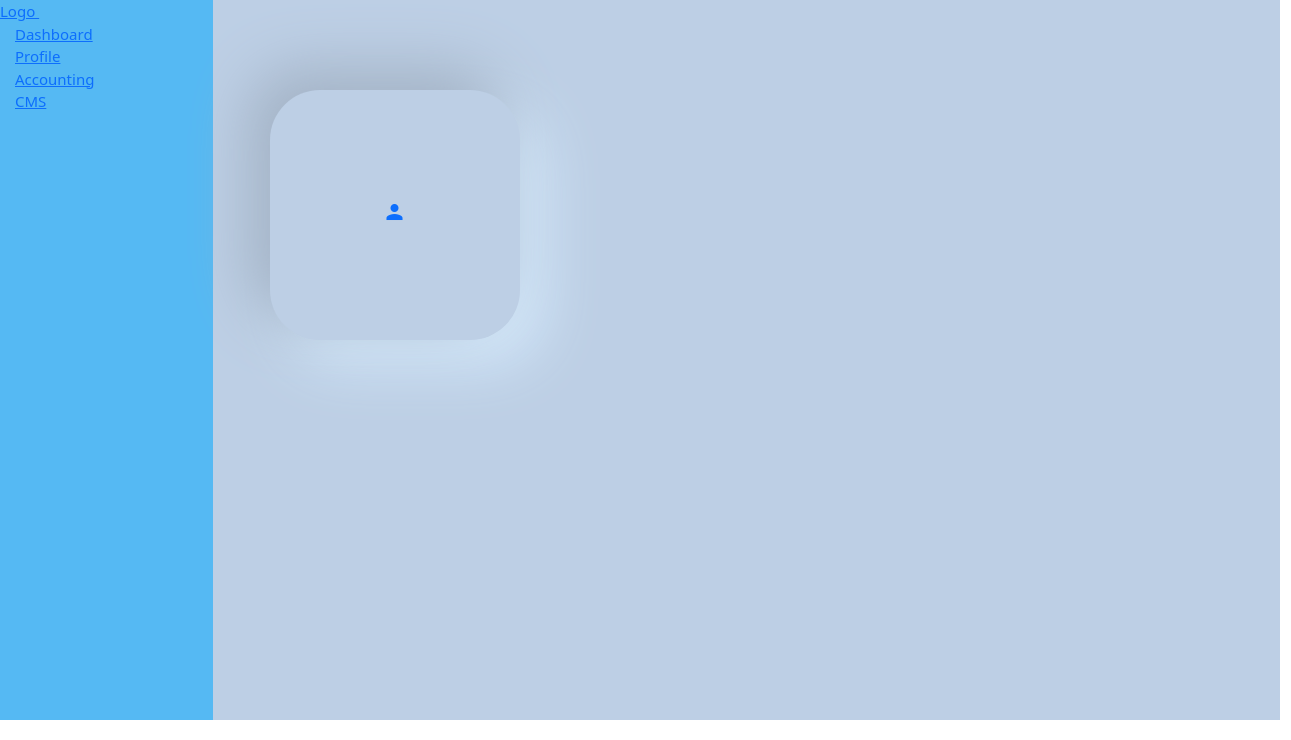
Repository: latenightsnacc/AllinOne
Page: Design/index.html
The author's editor kept a copy of each file at every save. The page is drawn from the files as they stood at one save, then again after the next save.
The browser window is 1280 px wide. The page is 1291 px wide, so the pictures cover 1291 px, including what lies to the right of the window. The pictures show the whole page.
The style sheet was rebuilt from its Sass, Less or Tailwind sources for each picture, by a compiler version that may differ from the author's.

Above is the page before, as saved 2020-09-15 16:57:59.

After the next save:
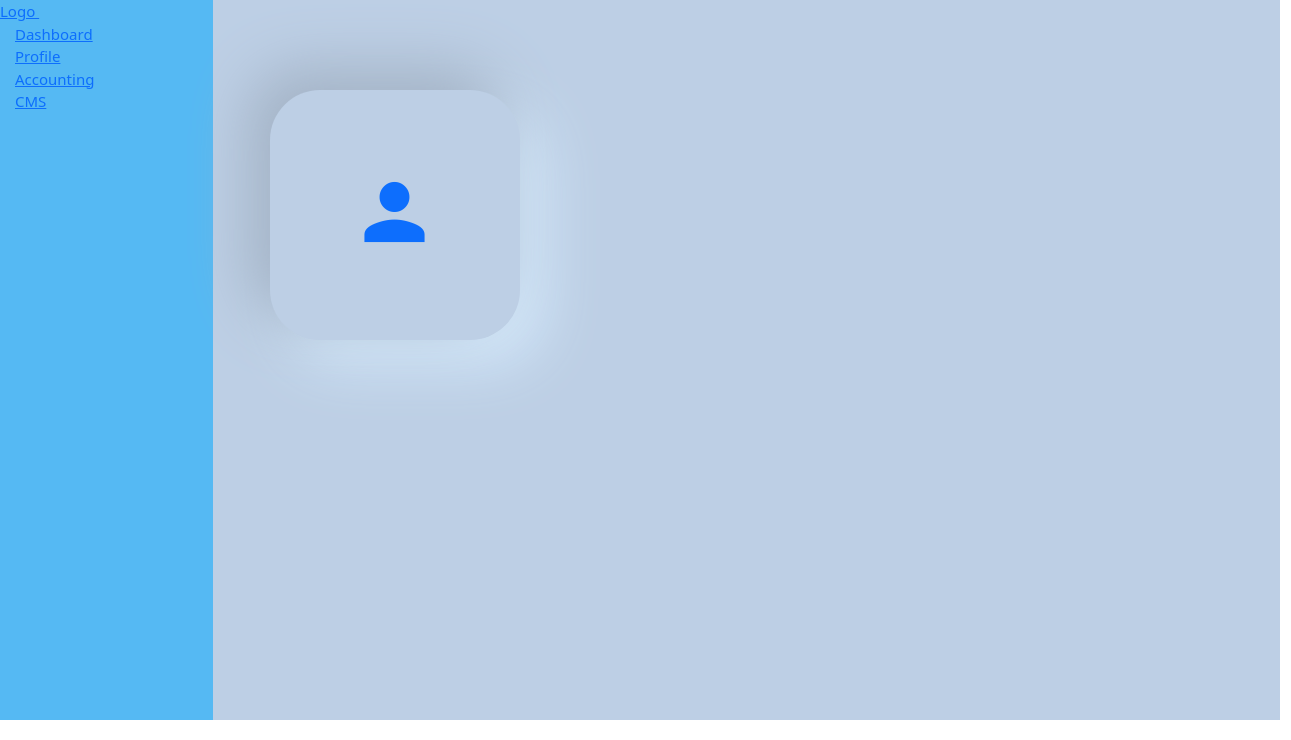
Saved 12 s later.
--- a/Design/index.html
+++ b/Design/index.html
@@ -62,7 +62,7 @@
                             <div class="cardNew greyBs">
                                 <div class="card-content">
                                     <div class="card-icon">
-                                        <i class="material-icons">person</i>
+                                        <i class="large material-icons">person</i>
                                     </div>
 
                                 </div>
